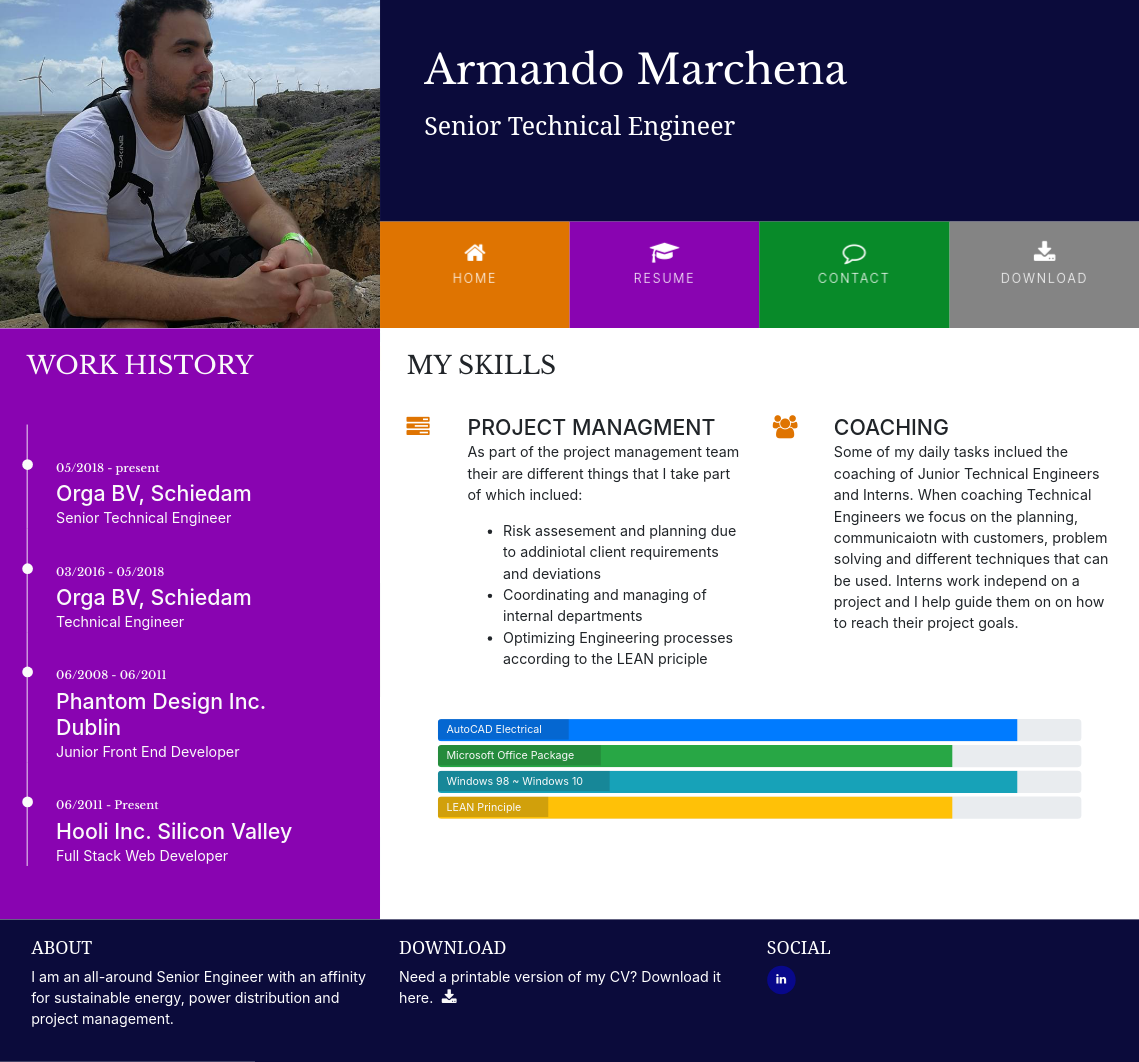
Repository: dugudugu/Resume-A-Marchena
Page: resume.html
The author's editor kept a record of every edit. The page is drawn from the files as they stood at one moment, then again after the next edit.
The browser window is 1280 px wide. The pictures show the whole page, at 89% of full size.

Above is the page before.

### resume.html
<!DOCTYPE html>
<html lang="en">

<head>
    <meta charset="UTF-8">
    <meta name="viewport" content="width=device-width, initial-scale=1.0">
    <meta http-equiv="X-UA-Compatible" content="ie=edge">
    <link rel="stylesheet" href="https://stackpath.bootstrapcdn.com/bootstrap/4.3.1/css/bootstrap.min.css" type="text/css" />
    <link rel="stylesheet" href="https://stackpath.bootstrapcdn.com/font-awesome/4.7.0/css/font-awesome.min.css" type="text/css" />
    <link rel="stylesheet" href="https://cdnjs.cloudflare.com/ajax/libs/hover.css/2.3.1/css/hover-min.css" type="text/css" />
    <link rel="stylesheet" href="assets/css/style.css" />
    <title>A. Marchena</title>
</head>

<body>

    <header>
        <div class="row no-gutters">
            <a href="index.html" class="col-md-4 logo"></a>

            <div class="col-md-8">
                <div class="row bg-color-name-title no-gutters">
                    <div class="col heading">
                        <h1 class="name"> Armando Marchena </h1>
                        <h2 class="title"> Senior Technical Engineer </h2>
                    </div>
                </div>

                <div class="row no-gutters">
                    <div class="col">
                        <ul id="nav" class="list-inline menucontainer">
                            <li class="col-6 col-sm-3 ui-menu-color-home list-inline-item menuitem">
                                <a href="#" class="hvr-sweep-to-bottom"><i class="fa fa-home" aria-hidden="true"></i><span>Home</span></a>
                            </li>
                            <li class="col-6 col-sm-3 ui-menu-color-resume list-inline-item menuitem">
                                <a href="#" class="hvr-sweep-to-bottom"><i class="fa fa-graduation-cap" aria-hidden="true"></i><span>Resume</span></a>
                            </li>
                            <li class="col-6 col-sm-3 ui-menu-color-contact list-inline-item menuitem">
                                <a href="#" class="hvr-sweep-to-bottom"><i class="fa fa-comment-o" aria-hidden="true"></i><span>Contact</span></a>
                            </li>
                            <li class="col-6 col-sm-3 ui-menu-color-download list-inline-item menuitem">
                                <a href="#" class="hvr-sweep-to-bottom"><i class="fa fa-download" aria-hidden="true"></i><span>Download</span></a>
                            </li>
                        </ul>
                    </div>
                </div>
            </div>
        </div>
    </header>

    <section class="container-fluid">
        <div class="row">
            <div class="col-md-4 bg-color-work-history section-column">
                <div class="row">

                    <div class="col-12">
                        <h3 class="history-heading uppercase">
                            Work History
                        </h3>
                    </div>
                </div>
                <div class="history-items">
                    <div class="timeline-item" data-dates="05/2018 - present">
                        <h4>Orga BV, Schiedam</h4>
                        <p>Senior Technical Engineer</p>
                    </div>
                    <div class="timeline-item" data-dates="03/2016 - 05/2018">
                        <h4>Orga BV, Schiedam</h4>
                        <p>Technical Engineer</p>
                    </div>
                    <div class="timeline-item" data-dates="06/2008 - 06/2011">
                        <h4>Phantom Design Inc. Dublin</h4>
                        <p>Junior Front End Developer</p>
                    </div>
                    <div class="timeline-item" data-dates="06/2011 - Present">
                        <h4>Hooli Inc. Silicon Valley</h4>
                        <p>Full Stack Web Developer</p>
                    </div>
                </div>

            </div>
            <div class="col-md-8 bg-color-three-reasons section-column">

                <div class="row">
                    <div class="col">
                        <h3 class="section-heading uppercase">My Skills</h3>
                    </div>
                </div>

                <div class="row">
                    <div class="col-10 offset-1 offset-sm-0 col-sm-4 col-md-6">
                        <div class="row">
                            <div class="col-2">
                                <i class="three-reasons-icon fa fa-tasks" aria-hidden="true"></i>
                            </div>
                            <div class="col-10">
                                <h4 class="three-reasons-heading uppercase">Project Managment</h4>
                                <p>
                                    As part of the project management team their are different things that I take part of which inclued:
                                    <ul>
                                        <li>Risk assesement and planning due to addiniotal client requirements and deviations</li>
                                        <li>Coordinating and managing of internal departments</li>
                                        <li>Optimizing Engineering processes according to the LEAN priciple</li>
                                    </ul>
                                </p>
                            </div>
                        </div>
                    </div>

                    <div class="col-10 offset-1 offset-sm-0 col-sm-4 col-md-6">
                        <div class="row">
                            <div class="col-2">
                                <i class="three-reasons-icon fa fa-users" aria-hidden="true"></i>
                            </div>
                            <div class="col-10">
                                <h4 class="three-reasons-heading uppercase">Coaching</h4>
                                <p>
                                    Some of my daily tasks inclued the coaching of Junior Technical Engineers and Interns. When coaching Technical Engineers we focus on the planning, communicaiotn with customers, problem solving and different techniques that can be used. Interns work independ
                                    on a project and I help guide them on on how to reach their project goals.
                                </p>
                            </div>
                        </div>
                    </div>

                </div>

                <div class="row progress-section">
                    <div class="col">
                        <div class="progress">
                            <div class="progress-bar" role="progressbar" aria-valuenow="90" aria-valuemin="0" aria-valuemax="100" style="width:90%;">
                                <span class="sr-only">90% complete</span>
                            </div>
                            <span class="progress-type">AutoCAD Electrical</span>
                        </div>
                        <div class="progress">
                            <div class="progress-bar bg-success" role="progressbar" aria-valuenow="80" aria-valuemin="0" aria-valuemax="100" style="width:80%;">
                                <span class="sr-only">80% complete</span>
                            </div>
                            <span class="progress-type">Microsoft Office Package</span>
                        </div>
                        <div class="progress">
                            <div class="progress-bar bg-info" role="progressbar" aria-valuenow="90" aria-valuemin="0" aria-valuemax="100" style="width:90%;">
                                <span class="sr-only">90% complete</span>
                            </div>
                            <span class="progress-type">Windows 98 ~ Windows 10</span>
                        </div>
                        <div class="progress">
                            <div class="progress-bar bg-warning" role="progressbar" aria-valuenow="80" aria-valuemin="0" aria-valuemax="100" style="width:80%;">
                                <span class="sr-only">80% complete</span>
                            </div>
                            <span class="progress-type">LEAN Principle</span>
                        </div>
                    </div>
                </div>
            </div>
        </div>



    </section>

    <footer class="container-fluid">
        <div id="footer-details" class="row">
            <div class="col-sm-4">
                <h5 class="uppercase general-sub">About</h5>
                <p class="inline-block">
                    I am an all-around Senior Engineer with an affinity for sustainable energy, power distribution and project management.
                </p>
            </div>
            <div class="col-sm-4">
                <h5 class="uppercase general-sub">Download</h5>
                <p class="inline-block">
                    Need a printable version of my CV? Download it here.
                    <a href="#" target="_blank" class="cv-pdf">
                        <i class="fa fa-download" aria-hidden="true"></i>
                        <span class="sr-only">Download link.</span>
                        </a>
                </p>
            </div>
            <div class="col-sm-4">
                <h5 class="uppercase general-sub">Social</h5>
                <ul class="list-inline social-links">
                    <li class="list-inline-item">
                        <a target="_blank" href="#">
                            <i class="fa fa-linkedin" aria-hidden="true"></i>
                        <span class="sr-only">LinkedIn</span>
                        </a>
                    </li>
                </ul>
            </div>
        </div>
    </footer>


</body>


</html>

### assets/css/style.css
@import url('https://fonts.googleapis.com/css?family=Noto+Serif:100,200,300,400,500,600,700|Libre+Baskerville:100,200,300,400,500,600,700');

/*------------------------------------------Colors */

.bg-color-name-title {
    background-color: #0B0B3B;
}

.bg-color-three-reasons {
    background-color: #fff;
}

.bg-color-personal-info {
    background-color: #f4f4f4;
}

.bg-color-work-history {
    background-color: #8904B1;
}

.ui-menu-color-home {
    background-color: #DF7401;
}

.ui-menu-color-resume {
    background-color: #8904B1;
}

.ui-menu-color-contact {
    background-color: #088A29;
}

.ui-menu-color-download {
    background-color: #848484;
}


/*------------------------------------------Special  */

h1,
h2,
h3,
h4 {
    margin: 0;
}

.uppercase {
    text-transform: uppercase;
}

.general-sub {
    font-family: "Noto Serif", sans-serif;
    font-weight: 300;
    color: #fff;
}

.inline-block {
    display: inline-block;
}

.row-table {
    display: table;
}

.section-column {
    display: table-cell;
    padding: 0 30px 30px;
    float: none;
}

.history-heading,
.section-heading {
    font-family: "Libre Baskerville";
    font-weight: 300;
    margin-top: 25px;
    margin-bottom: 40px;
}

/*------------------------------------------Heading */

header {
    margin: 0;

}

.heading {
    margin-left: 50px;
}

.logo {
    background: url("../images/A. Marchena.jpg");
    background-position: center;
    background-repeat: no-repeat;
    background-size: cover;
    min-height: 360px;
    transition: all .5s ease-in-out;
    -moz-transition: all .5s ease-in-out;
    -webkit-transition: all .5s ease-in-out;
}

.name {
    font-family: "Libre Baskerville", Noto Serif;
    font-weight: 200;
    font-size: 46px;
    margin-top: 50px;
    color: #fff;
}

.title {
    font-family: "Noto Serif", sans-serif;
    font-weight: 100;
    font-size: 28px;
    margin-top: 20px;
    margin-bottom: 90px;
    color: #fff;
}

.list-inline-item:not(:last-child) {
    margin: 0;
}

.menucontainer {
    font-size: 0;
}

#nav {
    margin: 0;
}

#nav li {
    font-size: 14px;
    padding: 0;
}

.menuitem {
    height: 120px;
    text-align: center;
    padding: 0;
}

.menuitem a {
    width: 100%;
    text-decoration: none;
    color: #fff;
    height: 120px;
}

.menuitem a i {
    padding-top: 22px;
    display: block;
    color: #fff;
    font-size: 26px;
}

.menuitem span {
    display: block;
    width: 100%;
    padding-top: 5px;
    text-align: center;
    text-transform: uppercase;
    font-size: 14px;
    font-weight: 300;
    letter-spacing: 2px;
}


/*------------------------------------------Hover.css */

.hvr-sweep-to-bottom:before {
    background-color: rgba(0, 0, 0, 0.2);
    height: 120px;
}


/*------------------------------------------Three reasons.css */

.three-reasons-icon {
    font-size: 26px;
    color: #DF7401;

}

.three-reasons-icon-heading {
    margin-bottom: 15px;
}


/*------------------------------------------Personal Info */

.personal-info-item {
    margin-bottom: 20px;
    display: block;
    clear: both;
}

.personal-info-item .key,
.personal-info-item .value {
    padding-right: 8px;
    display: inline-block;

}

.personal-info-item .key p,
.personal-info-item .value p {
    margin: 0;

}

.personal-info-item .key {
    width: 30%;
    margin-right: 21px;
    padding-top: 2px;
    vertical-align: top;
}

.personal-info-item .key p {
    font-weight: 700;
}

.personal-info-item .value {
    position: relative;
    width: 60%;
}



/*------------------------------------------Footer */

footer {
    background: #0B0B3B;
    color: #fff;
    min-height: 120px;
    margin: 0;
}

.cv-pdf i {
    font-size: 18px;
    color: #fafafa;
    text-align: center;
    padding-left: 5px;
    transition: all 0.35s ease-in-out;
    -moz-transition: all 0.35s ease-in-out;
    -webkit-transition: all 0.35s ease-in-out;
    -o-transition: all 0.35s ease-in-out;
}

.cv-pdf i:hover {
    color: #e84610;
}

.social-links {
    padding-bottom: 15px;
}

.social-links li a i {
    width: 32px;
    height: 32px;
    padding: 12px 0;
    border-radius: 50%;
    font-size: 13px;
    line-height: 7px;
    text-align: center;
    color: #fafafa;
    background-color: #08088A;
    transition: all 0.35s ease-in-out;
    -moz-transition: all 0.35s ease-in-out;
    -webkit-transition: all 0.35s ease-in-out;
    -o-transition: all 0.35s ease-in-out;
}

.social-links li a i:hover {
    background-color: #e84610;
}

#footer-details {
    padding: 20px;
}


/*------------------------------------------Skills */

.progress {
    position: relative;
    height: 25px;
    margin-bottom: 4px;
}

.progress-type {
    position: absolute;
    left: 0px;
    font-weight: 400;
    padding: 3px 30px 2px 10px;
    color: #fafafa;
    background-color: rgba(25, 25, 25, 0.2);
}

.progress-section {
    margin: 40px 20px;
}

/*------------------------------------------Work History */

.history-heading {
    color: #fafafa;
    margin-bottom: 50px;
}

.timeline-item {
    padding: 4em 2em 0em 2em;
    position: relative;
    color: #fafafa;
    border-left: 1px solid;
}

.timeline-item p {
    padding: 0;
    margin: 0;
}

.timeline-item:before {
    content: attr(data-dates);
    position: absolute;
    left: 2.5em;
    top: 3em;
    display: block;
    font-family: "Libre Baskerville", Noto Serif;
    font-weight: 500;
    font-size: 0.8em;
    padding: 0;
    margin: 0;
}

.timeline-item:after {
    width: 12px;
    height: 12px;
    display: block;
    top: 2.4em;
    position: absolute;
    left: -6px;
    border-radius: 12px;
    content: '';
    background: #fafafa;
}

.history-items {
    margin-bottom: 30px;
}

After the next edit:
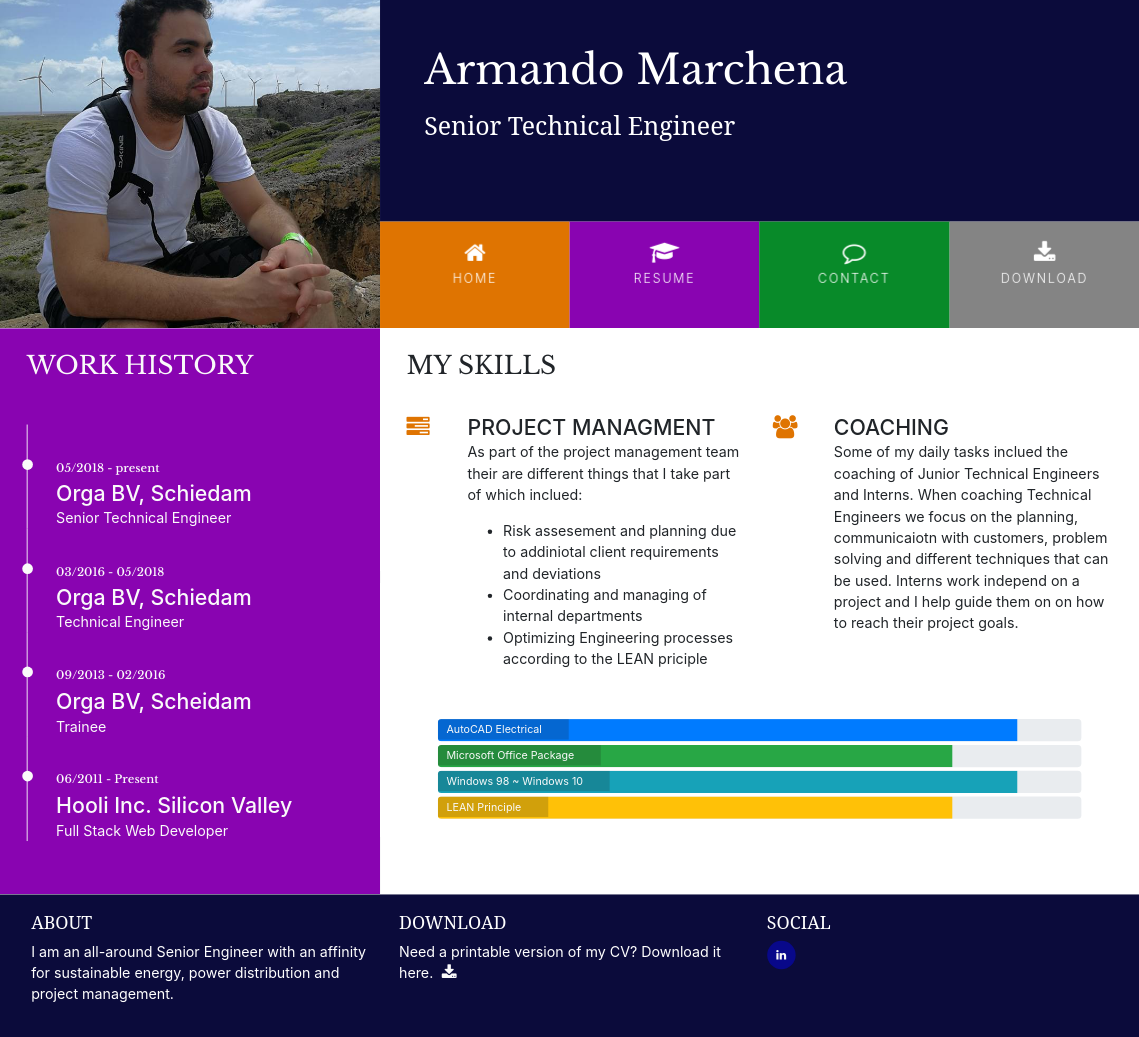
The edit:
--- a/resume.html
+++ b/resume.html
@@ -68,9 +68,9 @@
                         <h4>Orga BV, Schiedam</h4>
                         <p>Technical Engineer</p>
                     </div>
-                    <div class="timeline-item" data-dates="06/2008 - 06/2011">
-                        <h4>Phantom Design Inc. Dublin</h4>
-                        <p>Junior Front End Developer</p>
+                    <div class="timeline-item" data-dates="09/2013 - 02/2016">
+                        <h4>Orga BV, Scheidam</h4>
+                        <p>Trainee</p>
                     </div>
                     <div class="timeline-item" data-dates="06/2011 - Present">
                         <h4>Hooli Inc. Silicon Valley</h4>
